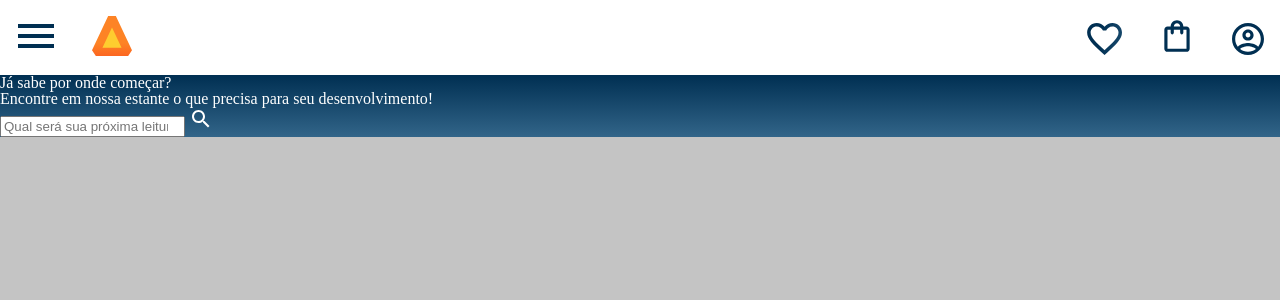
Repository: DamnDTX/projeto-mobile
Page: index.html
An editor plug-in stored every save of this project. The page is shown before and after the next save, followed by the edit.
The browser window is 1280 px wide. The pictures show the whole page.

Above is the page before, as saved 2023-07-28 09:28:05.

### index.html
<!DOCTYPE html>
<html lang="pt-br">
<head>
    <meta charset="UTF-8">
    <meta name="viewport" content="width=device-width, initial-scale=1.0">
    <title>Mobile project</title>
    <link href="./styles/reset.css" rel="stylesheet">
    <link href="./styles/styles.css" rel="stylesheet">


</head>
<body>
    <header class="cabecalho">
       <!--ELEMENTOS Á ESQUERDA-->

        <div class="container">
            <input type="checkbox" id="menu" class="container__botao">
            <label for="menu">
            <span class="cabecalho__menu-hamburguer container__imagem"></span>
            </label>
            <ul class="lista-menu">
                <li class="lista-menu__titulo">
                   Categorias
                </li>

                <li class="lista-menu__item">
                    <a href="#" class="lista-menu__link"> Programação</a>
                </li>

                <li class="lista-menu__item">
                    <a href="#" class="lista-menu__link">Front-End</a>
                </li>

                <li class="lista-menu__item">
                    <a href="#" class="lista-menu__link">Infraestrutura</a>
                </li>

                <li class="lista-menu__item">
                    <a href="#" class="lista-menu__link">Business</a>
                </li>

                <li class="lista-menu__item">
                    <a href="#" class="lista-menu__link">Design-UX</a>
                </li>
            </ul>
             <img src="./img/Logo.svg" class="container__imagem" alt="logo-AluraBooks">
    </div>

        <!--ELEMENTOS Á DIREITA-->

    <div class="container">
        <a href="#"><img src="./img/Favoritos.svg " class="container__imagem" alt="Favoritos"></a>

        <a href="#"><img src="./img/Sacola.svg" class="container__imagem"   alt="Sacola"></a>

        <a href="#"><img src="./img/Usuario.svg"  class="container__imagem" alt="Usuario"></a>
    </div>

</header>
   <section class="banner">
    <h2 class="banner__titulo">
        Já sabe por onde começar?
    </h2>
    <p class="banner__texto">
        Encontre em nossa estante o que precisa para seu desenvolvimento!
    </p>
    <input type="search" class="banner__pesquisa" placeholder="Qual será sua próxima leitura?">
    <img  src="./img/Pesquisa.svg" alt="lupa" class="banner__pesquisa__icone">
   </section>
</body>
</html>

### styles/styles.css
@import url(../styles/header.css);
/* Usamos o '@import" aqui pelo motivo de ser mais rádio o carregamento do arquivo, além de deixar o index.html com menos códigos*/
@import url(./banner.css);

:root{
    --cor-de-fundo-branco:#FFFFFF;
    --cor-de-fundo: #C4C4C4;
    --cor-titulos:#002F52;
    --cor--botoes:#EB9B00;
    --fonte-geral: 'Poppins', sans-serif;
    --tamanho-fonte-titulo:2rem;
}

@import url('https://fonts.googleapis.com/css2?family=Poppins&display=swap');

body{
    background-color: var(--cor-de-fundo);
}

.cabecalho{
    background-color: white;
    display: flex;
    justify-content: space-between;
    align-items: center;
}

.container__botao{
    display: none;
}

### styles/header.css
:root{
    --cor-de-fundo-branco:#FFFFFF;
    --cor-de-fundo: #C4C4C4;
    --cor-titulos:#3c464e;
    --cor-botoes:#EB9B00;
    --fonte-geral: 'Poppins', sans-serif;
    --tamanho-fonte-titulo:2rem;
    --tamanho-fonte-subtitulo:1.3rem;
    --tamanho-fonte-geral:1rem;
    --peso-fonte-geral:400;
    --peso-fonte-titulo:700;
    --peso-fonte-sublinhado:200;
}


.cabecalho__menu-hamburguer {
    width:40px;
    height:40px;
    background-image: url(../img/Menu.svg);
    display: inline-block;
}

/* inline-block pois assim permite ajustes de altura e largura, lembrando que com o display=block não conseguimos fazer tais ajustes */

.cabecalho{
    background-color: var(--cor-de-fundo-branco);
    display: flex;
    justify-content: space-between;
    align-items: center;
    position: relative;
}

/*APÓS ESTA LINHA ACIMA OS ELEMENTOS FICARAM Á ESQUERDA, MAS ISTO ACONTECEU POIS COLOCAMOS-O EM OUTRO ARQUIVO CSS, ESTE ESQUEMA É MUITO BOM QUANDO PRECISAMOS FAZER UM MENU DESSE JEITO SEM USAR JAVASCRIPT, CLARO, O GRANDE SEGREDO FOI O 'justify-content'*/

.container__imagem{
    padding: 1rem;
    background-position: center;
    background-repeat: no-repeat;
    top: 100%;
}

.lista-menu{
    display: none;
    position: absolute;
    width: 55vw;

}

.container__botao:checked~.lista-menu {
    display: block;
}

.lista-menu__titulo{
    color: var(--cor-titulos);
    font-size: var(--tamanho-fonte-geral);
    font-family: var(--fonte-geral);
    font-weight: var(--peso-fonte-titulo);
}

.lista-menu__link{
    color: var(--cor-botoes);
    font-size: var(--tamanho-fonte-geral);
    font-family: var(--fonte-geral);
    text-decoration: none;
    text-transform: uppercase;
    font-weight: var(--peso-fonte-geral);
}

.lista-menu__titulo,
.lista-menu__item{
    background-color: var(--cor-de-fundo-branco);
    padding: 1rem;
}

### styles/banner.css
:root{
    --cor-de-fundo-branco:#FFFFFF;
    --cor-de-fundo: #C4C4C4;
    --cor-titulos:#002F52;
    --cor--botoes:#EB9B00;
    --fonte-geral: 'Poppins', sans-serif;
    --tamanho-fonte-titulo:2rem;
    --cor-fonte-banner: #FFFFFF;
}

.banner{
    background:linear-gradient(#002F52, #326589) ;
    color: var(--cor-fonte-banner);
}

Loaded but not shown: styles/reset.css (common file)

After the next save:
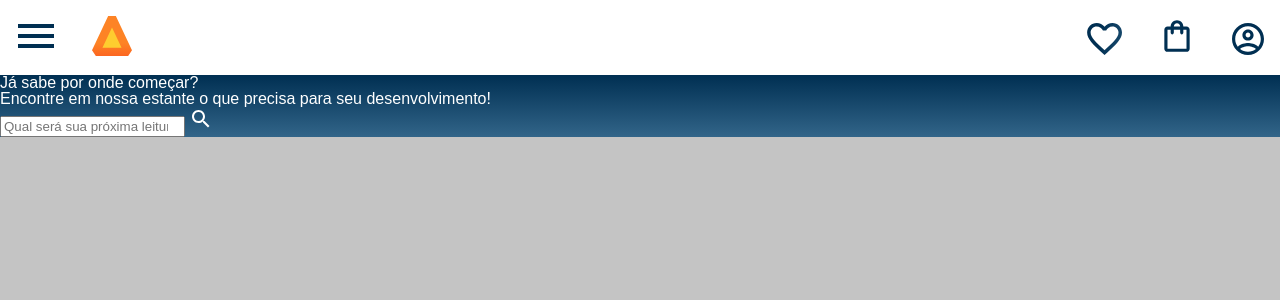
Saved 8 s later.
--- a/styles/banner.css
+++ b/styles/banner.css
@@ -11,4 +11,5 @@
 .banner{
     background:linear-gradient(#002F52, #326589) ;
     color: var(--cor-fonte-banner);
+    font-family: var(--fonte-geral);
 }
